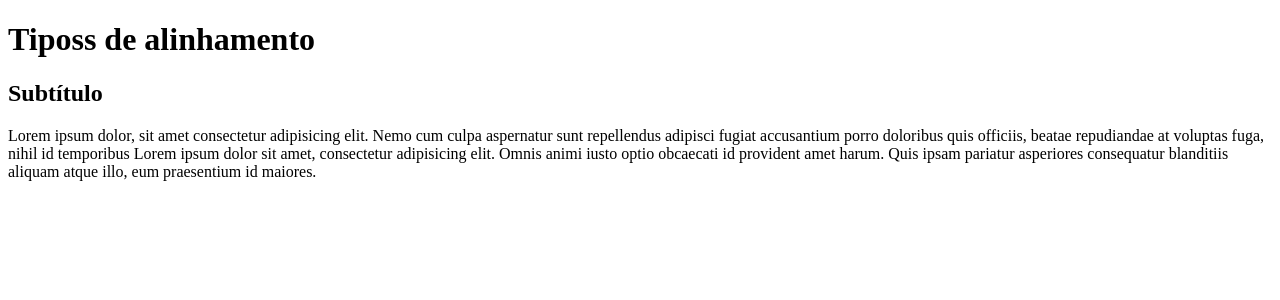
Repository: Codigo404q/html-css
Page: exercicios/ex017/fonte02.html
These files come from the project's save history. The page is drawn as it stood at one moment and after the next save; the edit follows.
The browser window is 1280 px wide. The pictures show the whole page.

Above is the page before, as saved 2023-11-04 21:17:51.

After the next save:
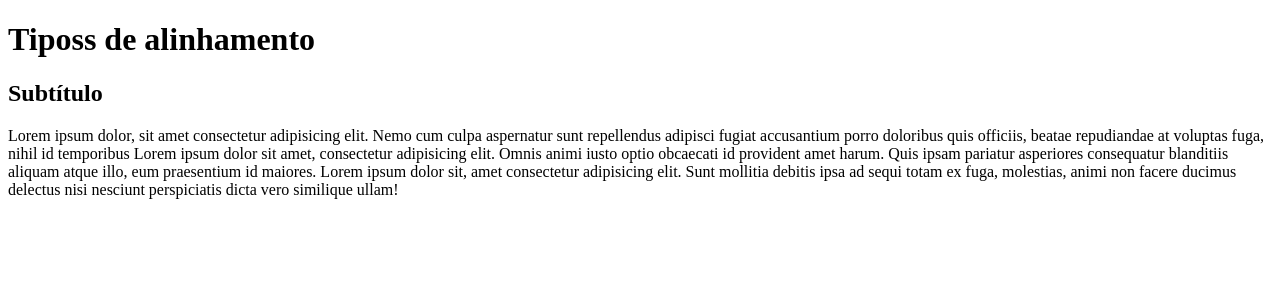
Saved 4 s later.
--- a/exercicios/ex017/fonte02.html
+++ b/exercicios/ex017/fonte02.html
@@ -8,6 +8,6 @@
 <body>
     <h1>Tiposs de alinhamento</h1>
     <h2>Subtítulo</h2>
-    <p>Lorem ipsum dolor, sit amet consectetur adipisicing elit. Nemo cum culpa aspernatur sunt repellendus adipisci fugiat accusantium porro doloribus quis officiis, beatae repudiandae at voluptas fuga, nihil id temporibus Lorem ipsum dolor sit amet, consectetur adipisicing elit. Omnis animi iusto optio obcaecati id provident amet harum. Quis ipsam pariatur asperiores consequatur blanditiis aliquam atque illo, eum praesentium id maiores.</p>
+    <p>Lorem ipsum dolor, sit amet consectetur adipisicing elit. Nemo cum culpa aspernatur sunt repellendus adipisci fugiat accusantium porro doloribus quis officiis, beatae repudiandae at voluptas fuga, nihil id temporibus Lorem ipsum dolor sit amet, consectetur adipisicing elit. Omnis animi iusto optio obcaecati id provident amet harum. Quis ipsam pariatur asperiores consequatur blanditiis aliquam atque illo, eum praesentium id maiores. Lorem ipsum dolor sit, amet consectetur adipisicing elit. Sunt mollitia debitis ipsa ad sequi totam ex fuga, molestias, animi non facere ducimus delectus nisi nesciunt perspiciatis dicta vero similique ullam!</p>
 </body>
 </html>
